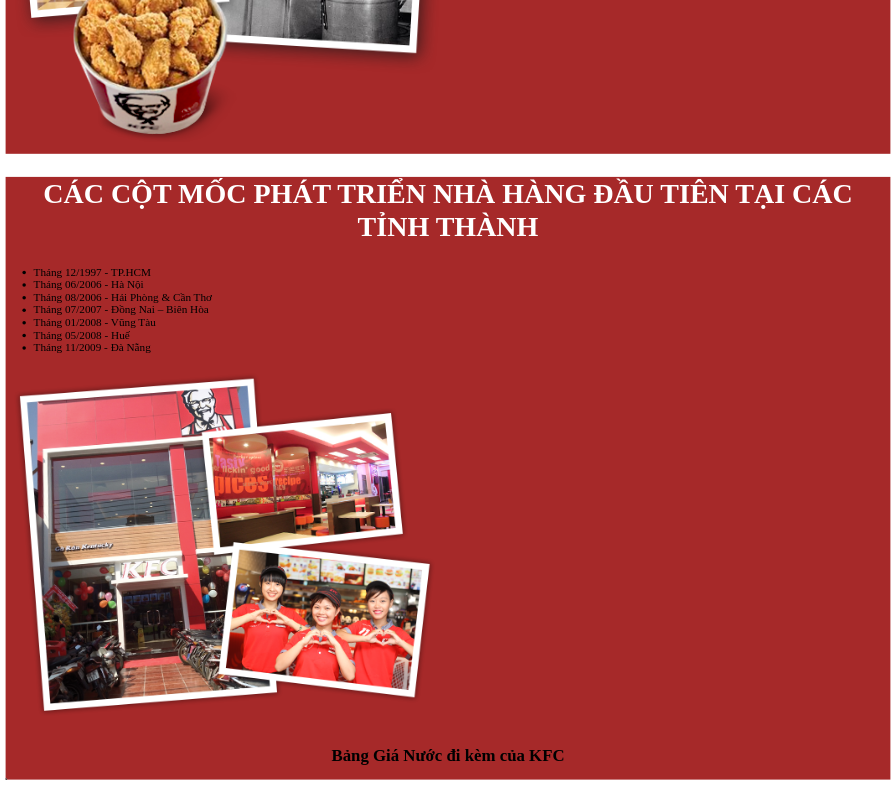
Repository: Edward205204/cybersoft_b1
Page: index.html
The author's editor kept a copy of each file at every save. The page is drawn from the files as they stood at one save, then again after the next save.
The browser window is 1280 px wide. The pictures show the part of the page from y = 984 to 2904 px (the page is 2106 px tall before and 2904 px after), at 70% of full size.

Above is the page before, as saved 2024-11-11 23:14:54.

After the next save:
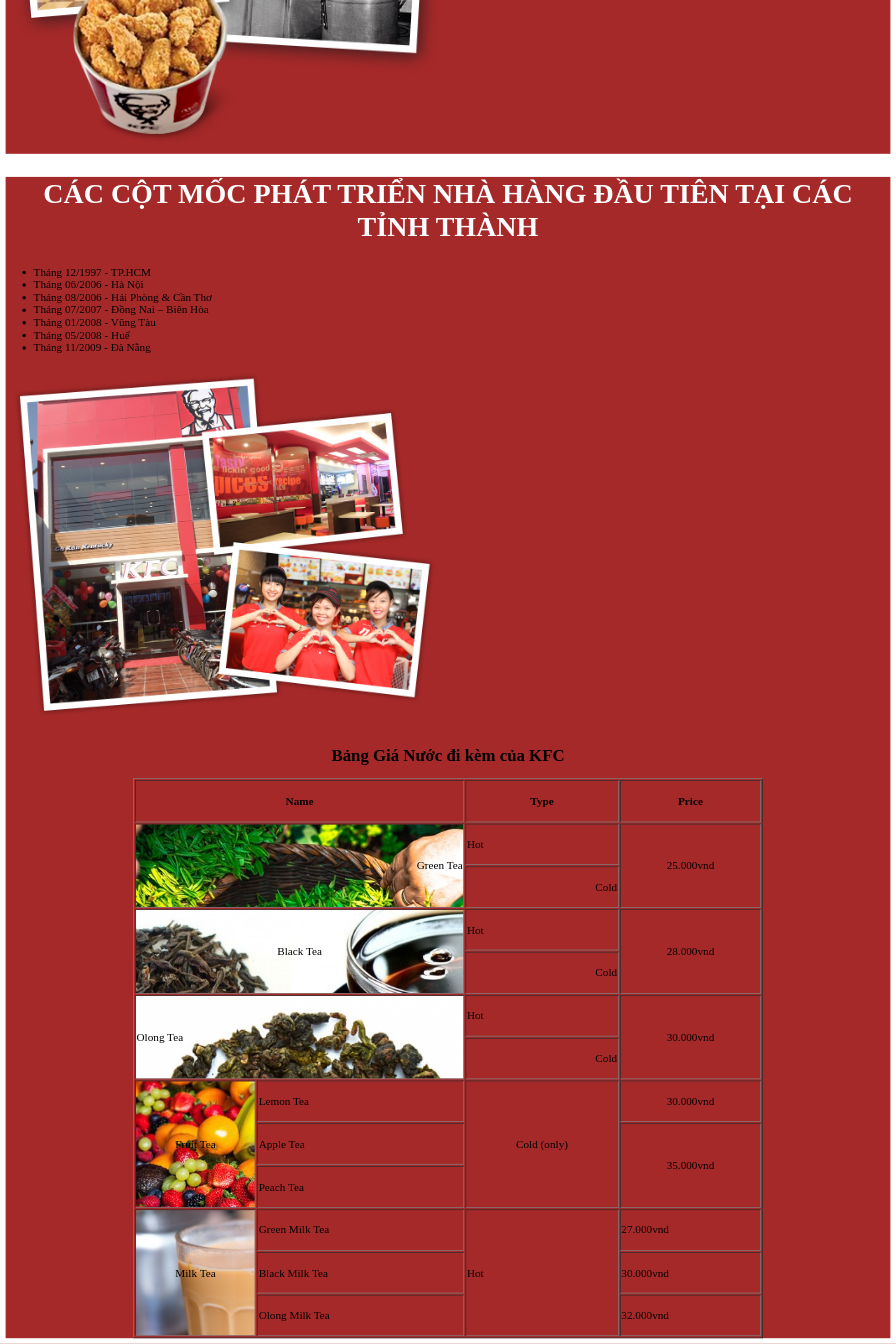
Saved 30 s later.
--- a/index.html
+++ b/index.html
@@ -66,7 +66,86 @@
       </ul>
       <img src="./img/about-pic-3.png" alt="cot moc phat trien" width="50%" />
       <h2 style="text-align: center">Bảng Giá Nước đi kèm của KFC</h2>
-      <table border="1px"></table>
+      <table border="1" width="900px;" height="800px" align="center">
+        <tbody>
+          <tr>
+            <th colspan="2">Name</th>
+            <th>Type</th>
+            <th>Price</th>
+          </tr>
+          <tr>
+            <td
+              colspan="2"
+              rowspan="2"
+              background="img/greentea.jpg"
+              align="right"
+            >
+              Green Tea
+            </td>
+            <td>Hot</td>
+            <td rowspan="2" align="center">25.000vnd</td>
+          </tr>
+          <tr>
+            <td align="right">Cold</td>
+          </tr>
+          <tr>
+            <td
+              colspan="2"
+              rowspan="2"
+              background="img/blacktea.jpg"
+              align="center"
+            >
+              Black Tea
+            </td>
+            <td>Hot</td>
+            <td rowspan="2" align="center">28.000vnd</td>
+          </tr>
+          <tr>
+            <td align="right">Cold</td>
+          </tr>
+          <tr>
+            <td colspan="2" rowspan="2" background="img/olongtea.jpg">
+              Olong Tea
+            </td>
+            <td>Hot</td>
+            <td rowspan="2" align="center">30.000vnd</td>
+          </tr>
+          <tr>
+            <td align="right">Cold</td>
+          </tr>
+          <tr>
+            <td rowspan="3" background="img/fruit.jpg" align="center">
+              Fruit Tea
+            </td>
+            <td>Lemon Tea</td>
+            <td rowspan="3" align="center">Cold (only)</td>
+            <td align="center">30.000vnd</td>
+          </tr>
+          <tr>
+            <td>Apple Tea</td>
+            <td rowspan="2" align="center">35.000vnd</td>
+          </tr>
+          <tr>
+            <td>Peach Tea</td>
+          </tr>
+          <tr>
+            <td rowspan="3" background="img/milktea.png" align="center">
+              Milk Tea
+            </td>
+            <td>Green Milk Tea</td>
+            <td rowspan="3">Hot</td>
+            <td>27.000vnd</td>
+          </tr>
+          <tr>
+            <td>Black Milk Tea</td>
+            <td>30.000vnd</td>
+          </tr>
+          <tr>
+            <td>Olong Milk Tea</td>
+            <td>32.000vnd</td>
+          </tr>
+        </tbody>
+      </table>
     </div>
   </body>
 </html>
